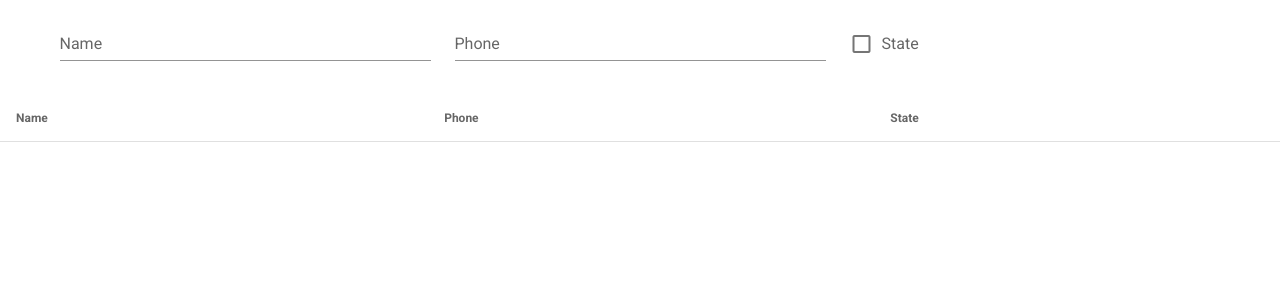
Repository: luchoCap/ContactVue-CRUD-StoryBook
Page: /
An editor plug-in stored every save of this project. The page is shown before and after the next save, followed by the edit.
The browser window is 1280 px wide. The pictures show the whole page.
The page's requests for data from a server got no answer. The project was rebuilt for these pictures with package versions that can differ from the ones it lists, and the page was loaded fresh each time. No one was signed in, and anything a server would have sent is missing. Also part of the build but not shown: vue.config.js.

Above is the page before, as saved 2020-11-23 21:55:44.

After the next save:
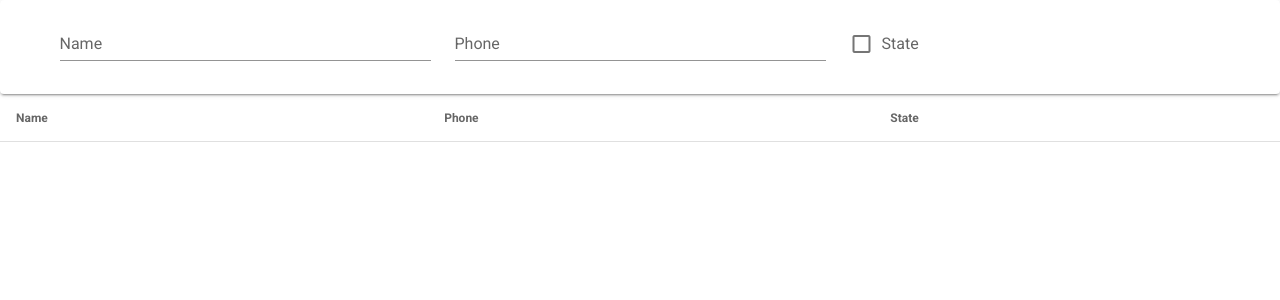
Saved 24 s later.
--- a/src/App.vue
+++ b/src/App.vue
@@ -1,7 +1,9 @@
 <template>
   <v-app>
     <v-main>
-      <ContactForm />
+      <v-card>
+        <ContactForm />
+      </v-card>
       <ContactList/>
     </v-main>
   </v-app>
